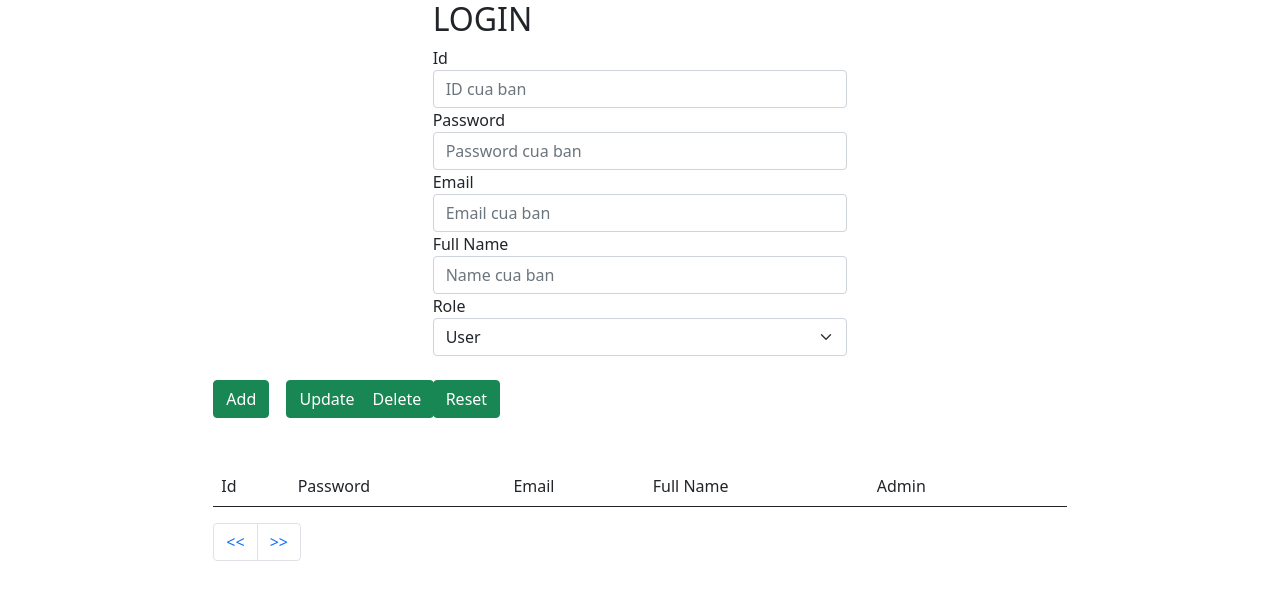
Repository: kiennd3921/AssJava4
Page: http://localhost/Assignment/view/auth/index.jsp
The author's editor kept a copy of each file at every save. The page is drawn from the files as they stood at one save, then again after the next save.
The browser window is 1280 px wide. The pictures show the whole page.
The page is served by Tomcat 9. Other server files are loaded and not shown. The template is opened directly, without the code that normally fills it, so the values that code supplies are empty.

Above is the page before, as saved 2021-04-17 17:46:29.

### PT15307-UD/Assignment/WebContent/view/auth/index.jsp
<%@ page language="java" contentType="text/html; charset=UTF-8"
	pageEncoding="UTF-8"%>
<!DOCTYPE html>
<html>
<head>
<meta charset="UTF-8">
<title>QL Users</title>
<%@ taglib uri="http://java.sun.com/jstl/core_rt" prefix="c"%>
<link
	href="https://cdn.jsdelivr.net/npm/bootstrap@5.0.0-beta2/dist/css/bootstrap.min.css"
	rel="stylesheet"
	integrity="sha384-BmbxuPwQa2lc/FVzBcNJ7UAyJxM6wuqIj61tLrc4wSX0szH/Ev+nYRRuWlolflfl"
	crossorigin="anonymous">
</head>
<body>
	<div class="col-8 offset-2">
		<div class="row col-mb-3">
			<form action="${user}" method="post" class="col-6 offset-3">
				<h2>LOGIN</h2>
				<div class="form-group">
					<label>Id</label> <input type="text" name="id" value="${user.id}" class="form-control"
						placeholder="ID cua ban" required name="">
				</div>
				<div class="form-group">
					<label>Password</label> <input type="password" name="password" value="${user.password}" class="form-control"
						placeholder="Password cua ban" required name="">
				</div>
				<div class="form-group">
					<label>Email</label> <input type="email" name="email" value="${user.email}" class="form-control"
						placeholder="Email cua ban" required name="">
				</div>

				<div class="form-group">
					<label>Full Name</label> <input type="text" name="fullname" value="${user.fullname}" class="form-control"
						placeholder="Name cua ban" required name="">
				</div>
				<div>
					<label>Role</label> <select class="form-select" id="role"
						name="role">
						<option ${ user.role == 1 ? "selected" : "" } value="1">User</option>
						<option ${ user.role == 0 ? "selected" : "" } value="2">Admin</option>
					</select>
				</div>
			</form>
		</div>


		<div class="mt-4 row">
			<div class="col-md-1">
				<button class="btn btn-success">Add</button>
			</div>
			<div class="col-md-1">
				<button class="btn btn-success">Update</button>
			</div>
			<div class="col-md-1">
				<button class="btn btn-success">Delete</button>
			</div>
			<div class="col-md-1">
				<button class="btn btn-success">Reset</button>
			</div>

		</div>
		<div class="mt-5 table-responsive">
			<table class="table table-striped">
				<thead>
					<tr>
						<td>Id</td>
						<td>Password</td>
						<td>Email</td>
						<td>Full Name</td>
						<td>Admin</td>
						<td></td>
					</tr>
				</thead>
				<tbody>
					<c:forEach var="user" items="${ listUser }">
						<tr>
							<td>${ user.id }</td>
							<td>${ user.password }</td>
							<td>${ user.email }</td>
							<td>${ user.fullname }</td>
							<td>${ user.admin }</td>
							<td><a href="${user }/edit?id=${ user.id }"
								class="btn btn-primary">Edit</a></td>
						</tr>
					</c:forEach>
				</tbody>
			</table>

			<ul class="pagination">
				<li class="page-item"><a class="page-link"
					href="/PT15307-UD/users?page=${ page - 1 }"> << </a></li>
				<li class="page-item"><a class="page-link"
					href="/PT15307-UD/users?page=${ page + 1 }"> >> </a></li>
			</ul>
		</div>
	</div>
</body>
</html>

After the next save:
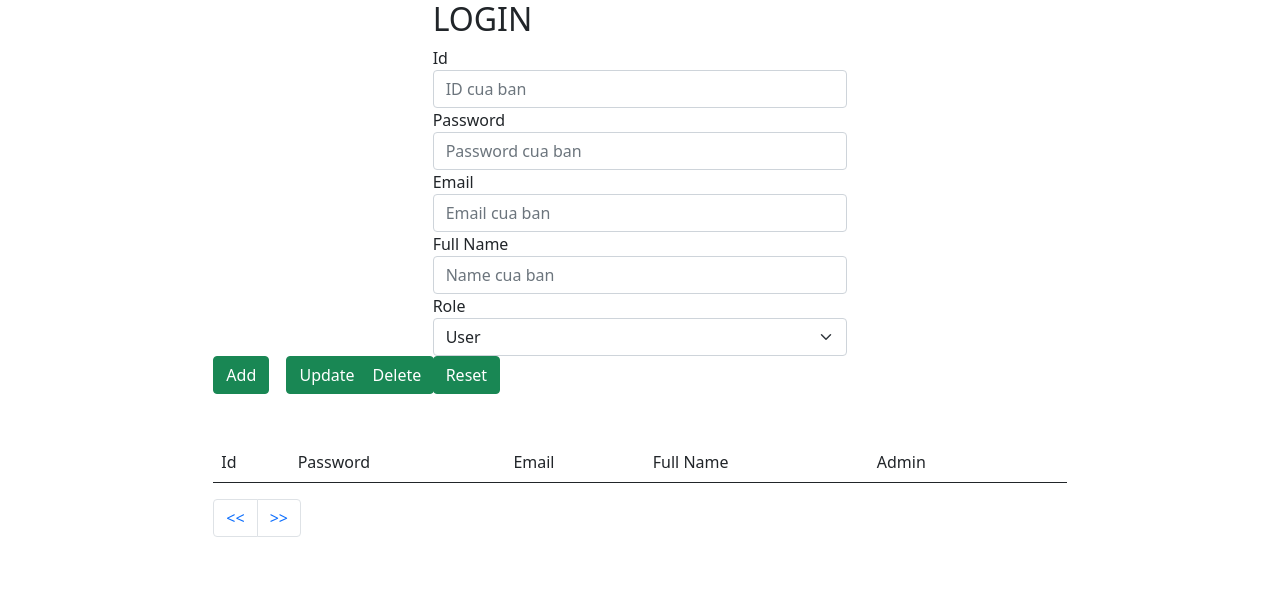
Saved 8 s later.
--- a/PT15307-UD/Assignment/WebContent/view/auth/index.jsp
+++ b/PT15307-UD/Assignment/WebContent/view/auth/index.jsp
@@ -45,7 +45,7 @@
 		</div>
 
 
-		<div class="mt-4 row">
+		<div class="mb-mt-4 row">
 			<div class="col-md-1">
 				<button class="btn btn-success">Add</button>
 			</div>

After the 2 saves that followed:
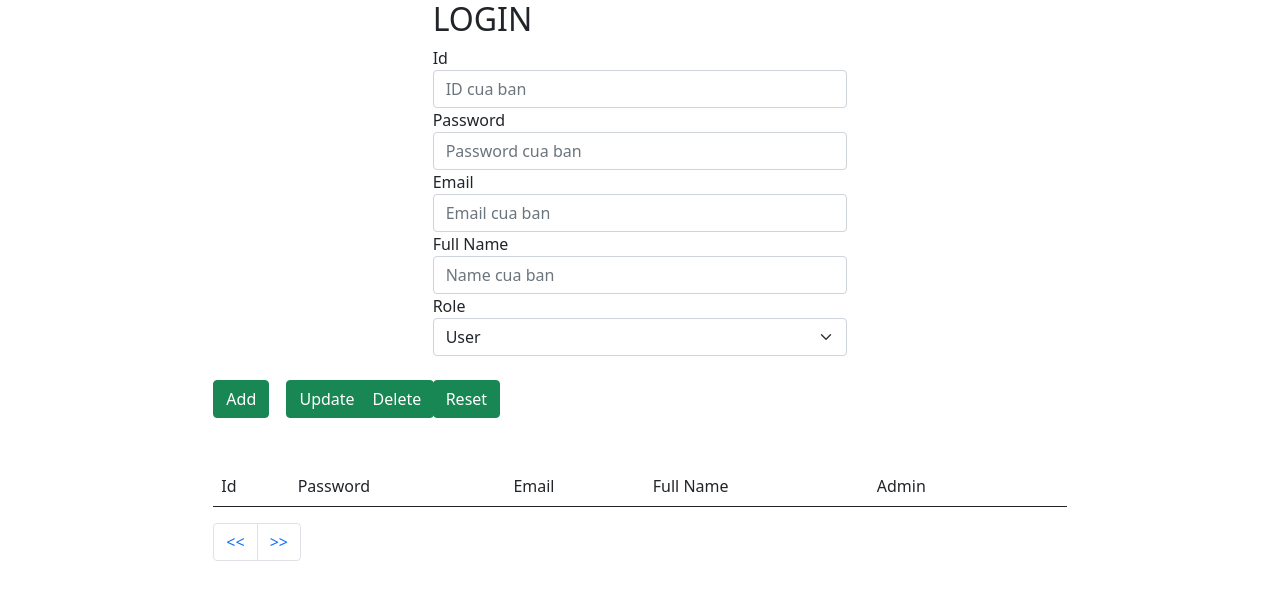
The 2 saves are shown as one change because 1 left the picture as it was.
The last was saved 28 s later.
--- a/PT15307-UD/Assignment/WebContent/view/auth/index.jsp
+++ b/PT15307-UD/Assignment/WebContent/view/auth/index.jsp
@@ -45,7 +45,7 @@
 		</div>
 
 
-		<div class="mb-mt-4 row">
+		<div class="mt-4 row">
 			<div class="col-md-1">
 				<button class="btn btn-success">Add</button>
 			</div>
